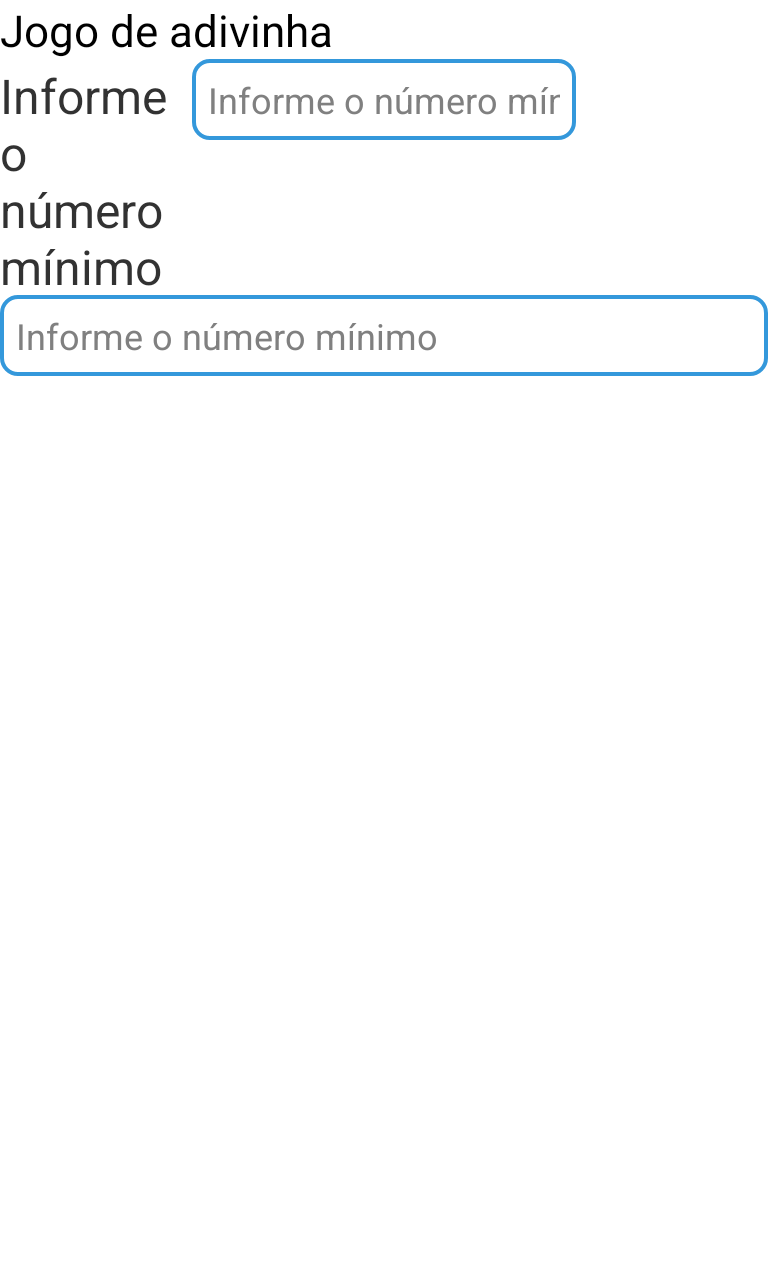
Repository: gokugohan/ddm
Layout: JogoDeAdivinha/res/layout/activity_final.xml
These files come from the project's save history. The layout is drawn as it stood at one moment and after the next save; the edit follows.
It is drawn on a 768 x 1280 px phone screen (xhdpi) without system bars, with theme AppTheme; the app's code is not run.

Above is the layout before, as saved 2014-11-07 11:26:38.

### JogoDeAdivinha/res/layout/activity_final.xml
<LinearLayout xmlns:android="http://schemas.android.com/apk/res/android"
    xmlns:tools="http://schemas.android.com/tools"
    android:layout_width="match_parent"
    android:layout_height="match_parent"
    android:orientation="vertical" >

    <TextView
        android:id="@+id/id_tv_intro"
        android:layout_width="wrap_content"
        android:layout_height="wrap_content"
        android:text="@string/str_info_jogo"
        android:textAppearance="?android:attr/textAppearanceLarge" />

    <LinearLayout
        android:layout_width="match_parent"
        android:layout_height="wrap_content"
        android:orientation="horizontal"
        android:weightSum="2" >

        <TextView android:layout_width="0dp"
            android:layout_height="wrap_content"
            android:layout_weight="0.5"
            android:textSize="24sp"
            android:text="@string/str_info_min"/>

        <EditText
            android:id="@+id/id_et_min"
            android:layout_width="0dp"
            android:layout_weight="1"
            android:layout_height="wrap_content"
            android:background="@drawable/custom_edittext"
            android:hint="@string/str_info_min"
            android:inputType="number" />
    </LinearLayout>


    <EditText
        android:id="@+id/id_et_max"
        android:layout_width="match_parent"
        android:layout_height="wrap_content"
        android:background="@drawable/custom_edittext"
        android:hint="@string/str_info_min"
        android:inputType="number" />

</LinearLayout>

### JogoDeAdivinha/res/values/strings.xml
<?xml version="1.0" encoding="utf-8"?>
<resources>

    <string name="app_name">Jogo de adivinha</string>
    <string name="hello_world">Hello world!</string>
    <string name="action_settings">Settings</string>

    <string name="str_info_jogo">Jogo de adivinha </string>
    <string name="str_info_min">Informe o número mínimo</string>
    <string name="str_info_mxn">Informe o número máximo</string>

</resources>

### JogoDeAdivinha/res/drawable/custom_edittext.xml
<?xml version="1.0" encoding="utf-8"?>
<shape xmlns:android="http://schemas.android.com/apk/res/android" >

    <corners
        android:radius="8dp"
        />

    <stroke android:width="2dp"
        android:color="#3498db"/>

     <padding
        android:bottom="8dp"
        android:left="8dp"
        android:right="8dp"
        android:top="8dp" />
</shape>

Loaded but not shown: JogoDeAdivinha/res/values/styles.xml (common file); JogoDeAdivinha/res/values-v11/styles.xml (common file); JogoDeAdivinha/res/values-v14/styles.xml (common file)

After the next save:
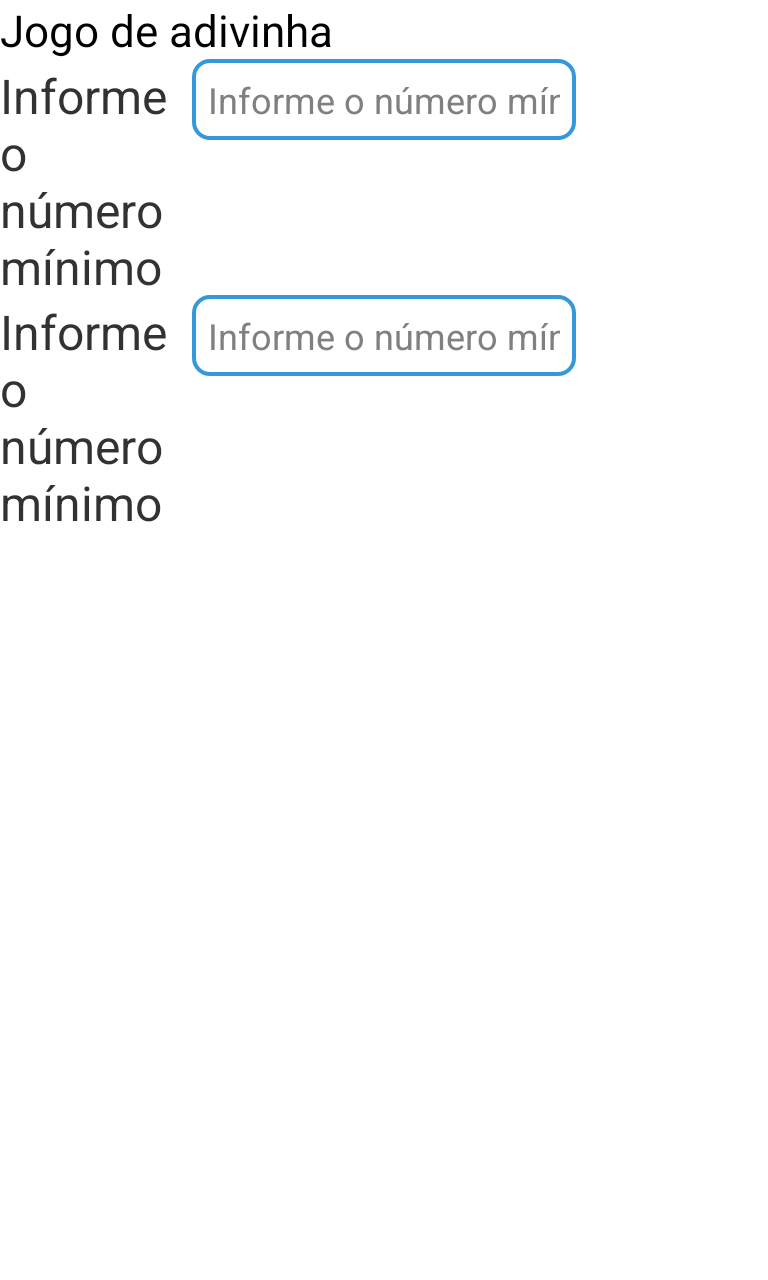
Saved 18 s later.
--- a/JogoDeAdivinha/res/layout/activity_final.xml
+++ b/JogoDeAdivinha/res/layout/activity_final.xml
@@ -24,6 +24,29 @@
             android:text="@string/str_info_min"/>
 
         <EditText
+            android:id="@+id/id_et_max"
+            android:layout_width="0dp"
+            android:layout_weight="1"
+            android:layout_height="wrap_content"
+            android:background="@drawable/custom_edittext"
+            android:hint="@string/str_info_min"
+            android:inputType="number" />
+    </LinearLayout>
+
+
+   <LinearLayout
+        android:layout_width="match_parent"
+        android:layout_height="wrap_content"
+        android:orientation="horizontal"
+        android:weightSum="2" >
+
+        <TextView android:layout_width="0dp"
+            android:layout_height="wrap_content"
+            android:layout_weight="0.5"
+            android:textSize="24sp"
+            android:text="@string/str_info_min"/>
+
+        <EditText
             android:id="@+id/id_et_min"
             android:layout_width="0dp"
             android:layout_weight="1"
@@ -33,13 +56,4 @@
             android:inputType="number" />
     </LinearLayout>
 
-
-    <EditText
-        android:id="@+id/id_et_max"
-        android:layout_width="match_parent"
-        android:layout_height="wrap_content"
-        android:background="@drawable/custom_edittext"
-        android:hint="@string/str_info_min"
-        android:inputType="number" />
-
 </LinearLayout>
